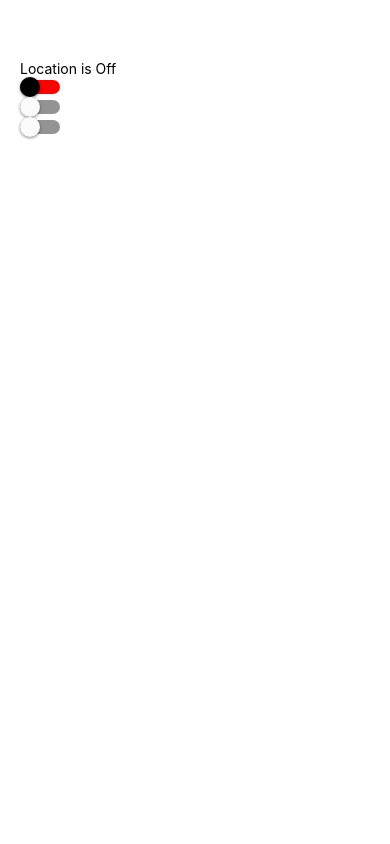
Repository: akinmiday/ReactNativeApp
Screen: /
An editor plug-in stored every save of this project. The screen is shown before and after the next save, followed by the edit.
The app was drawn by React Native's web renderer in a window 390 px wide. The project was rebuilt for these pictures with package versions that can differ from the ones it lists, and the page was loaded fresh each time.

Above is the screen before, as saved 2023-08-05 05:30:09.

After the next save:
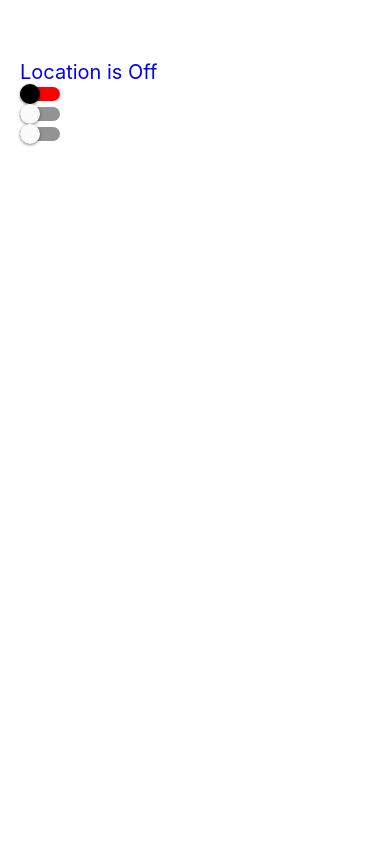
Saved 38 s later.
--- a/App.js
+++ b/App.js
@@ -3,7 +3,7 @@ import styles from "./styles";
 import { useState } from "react";
 
 export default function App() {
-  const { container } = styles;
+  const { container, text } = styles;
 
   const [location, setLocation] = useState(false);
   const [mic, setMic] = useState(false);
@@ -11,7 +11,7 @@ export default function App() {
 
   return (
     <View style={container}>
-      <Text>Location is {location ? "On" : "Off"}</Text>
+      <Text style={text}>Location is {location ? "On" : "Off"}</Text>
       <Switch
         trackColor={{ false: "red", true: "green" }}
         thumbColor={"black"}
